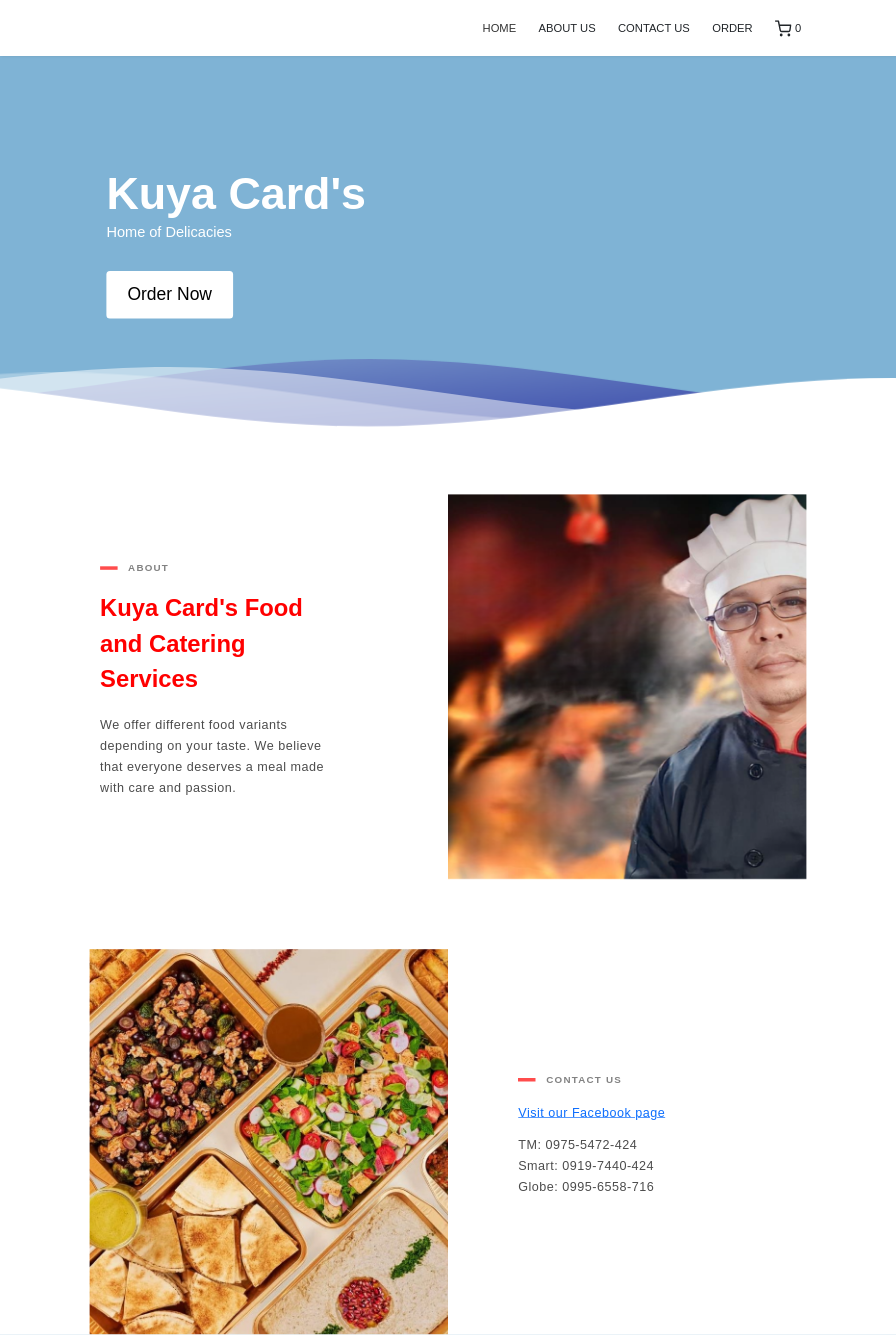
Repository: banbanny/kuyacards_catering
Page: http://localhost/login_signup.php
An editor plug-in stored every save of this project. The page is shown before and after a run of saves, followed by the edit.
The browser window is 1280 px wide. The pictures show the part of the page from y = 0 to 1920 px (the page is 2916 px tall before and 720 px after), at 70% of full size.
The page is run by PHP 8.4 with error messages shown; the project is at /var/www/html/.

Above is the page before, as saved 2024-11-26 16:59:31.

After the next 2 saves:
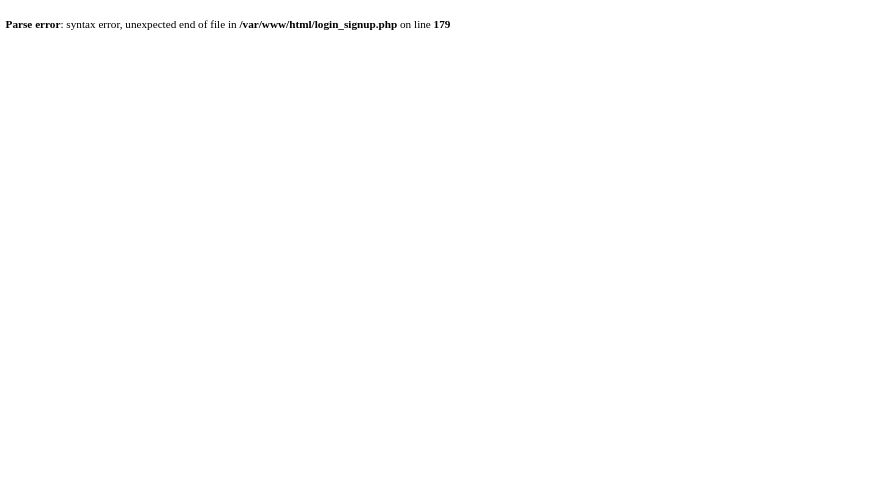
The 2 saves are shown as one change because they came seconds apart.
The last was saved 14 s later.
--- a/login_signup.php
+++ b/login_signup.php
@@ -47,6 +47,10 @@
                         <span id="cart-count">0</span> <!-- Cart count span -->
                     </a>
                 </li>
+                <?php if (isset($_SESSION['user_id'])): ?>
+                    <li><a href="logout.php" class="nav-link">LOG OUT</a></li>
+                <?php else: ?>
+                    <li><a href="index.php" class="nav-link">LOG IN</a></li>
 
             </ul>
         </nav>

After the 3 saves that followed:
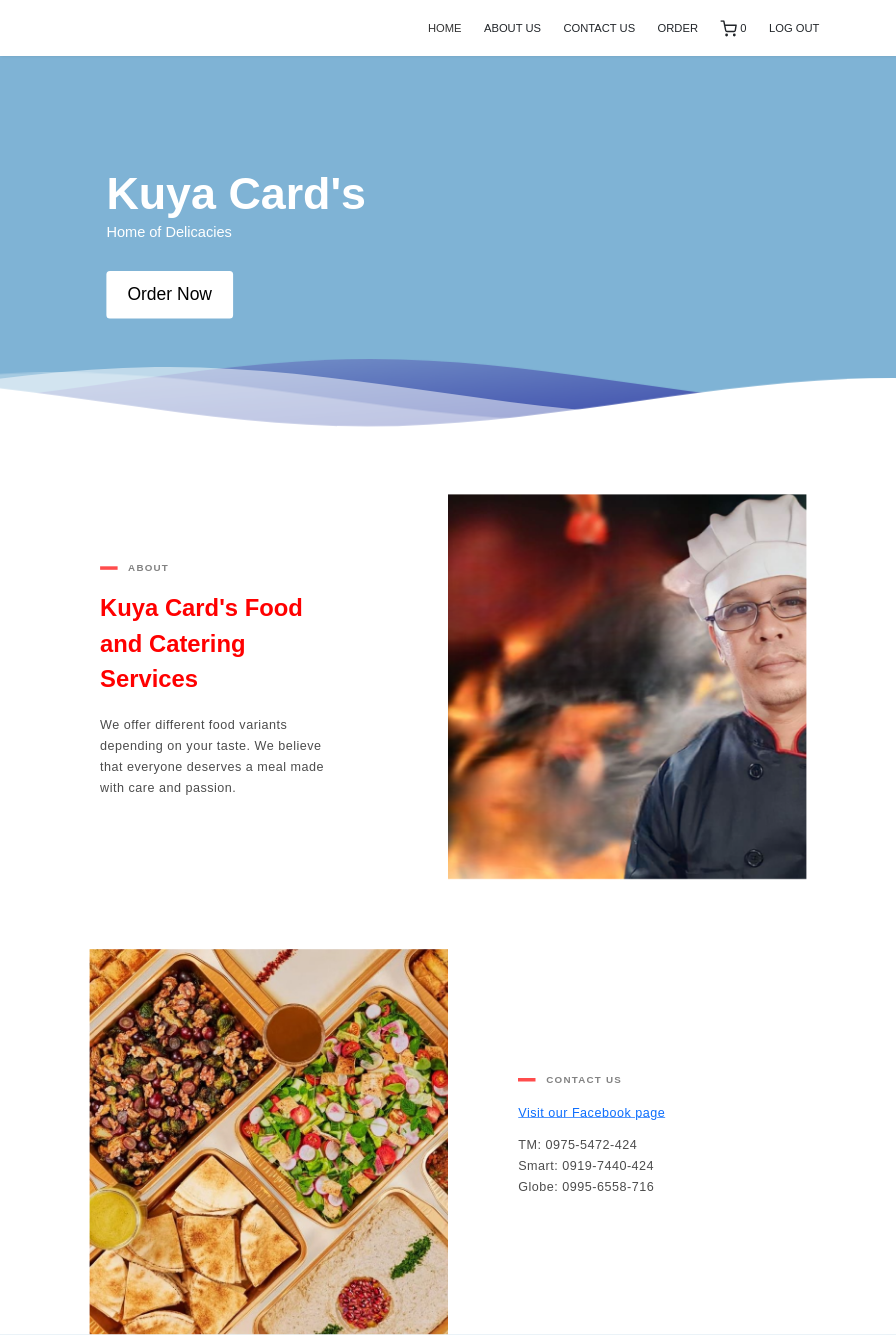
The 3 saves are shown as one change because they came seconds apart.
The last was saved 10 s later.
--- a/login_signup.php
+++ b/login_signup.php
@@ -47,11 +47,7 @@
                         <span id="cart-count">0</span> <!-- Cart count span -->
                     </a>
                 </li>
-                <?php if (isset($_SESSION['user_id'])): ?>
                     <li><a href="logout.php" class="nav-link">LOG OUT</a></li>
-                <?php else: ?>
-                    <li><a href="index.php" class="nav-link">LOG IN</a></li>
-
             </ul>
         </nav>
     </header>
